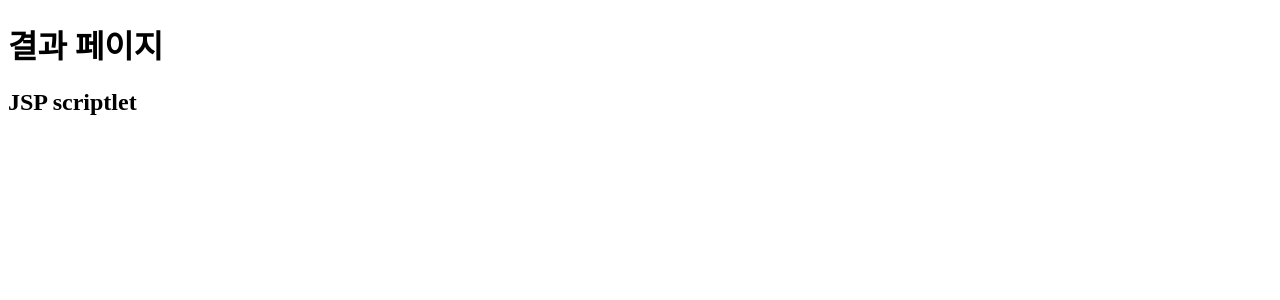
Repository: ljh5973/labweb
Page: http://localhost/JSP03/02_number_result.jsp
The author's editor kept a copy of each file at every save. The page is drawn from the files as they stood at one save, then again after the next save.
The browser window is 1280 px wide. The pictures show the whole page.
The page is served by Tomcat 9.

Above is the page before, as saved 2022-01-10 06:21:53.

### JSP03/webapp/02_number_result.jsp
<%@ page language="java" contentType="text/html; charset=UTF-8"
    pageEncoding="UTF-8"%>
<%@ page trimDirectiveWhitespaces="true"%>
<!DOCTYPE html>
<html>
	<head>
		<meta charset="UTF-8">
		<title>EL</title>
	</head>
	<body>

	<h1>결과 페이지</h1>
	<h2>JSP scriptlet</h2>

	</body>
</html>

After the next save:
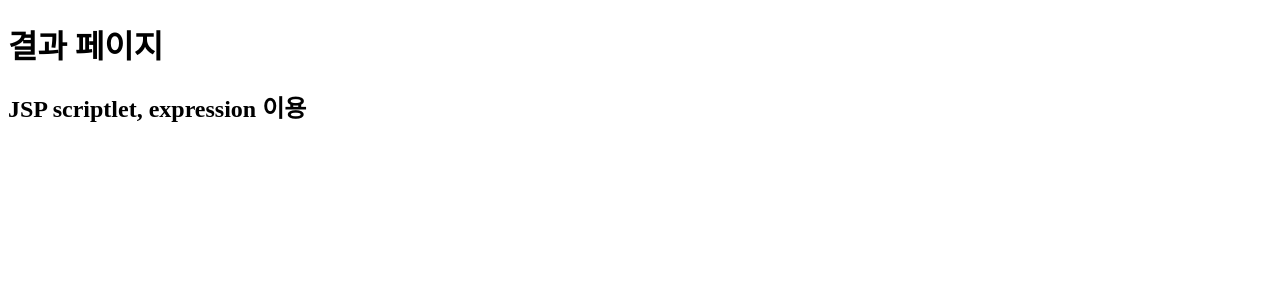
Saved 17 s later.
--- a/JSP03/webapp/02_number_result.jsp
+++ b/JSP03/webapp/02_number_result.jsp
@@ -10,7 +10,10 @@
 	<body>
 
 	<h1>결과 페이지</h1>
-	<h2>JSP scriptlet</h2>
+	<h2>JSP scriptlet, expression 이용</h2>
+	<%
+
+	%>
 
 	</body>
 </html>
